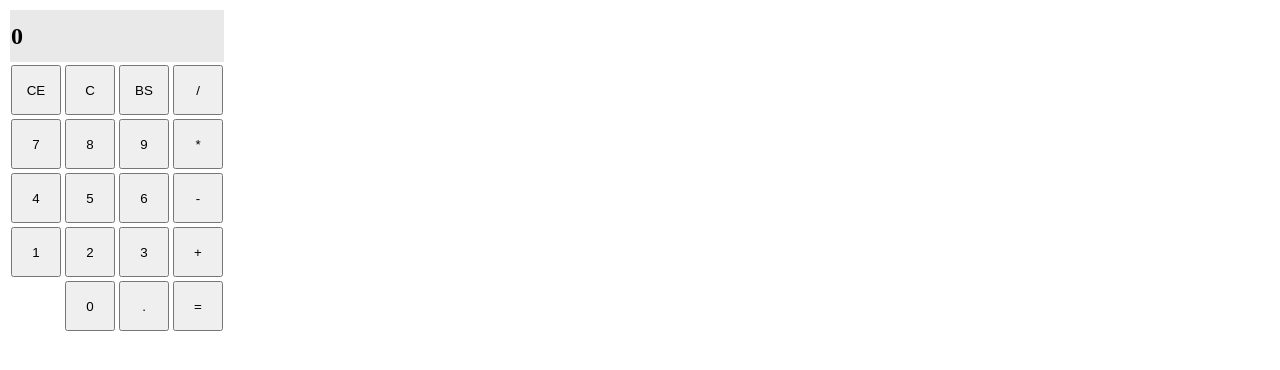
Repository: jocod98/servlet-jsp
Page: JSPPrj/src/main/webapps/calc3.html
The author's editor kept a copy of each file at every save. The page is drawn from the files as they stood at one save, then again after the next save.
The browser window is 1280 px wide. The pictures show the whole page.

Above is the page before, as saved 2023-01-10 08:45:23.

After the next save:
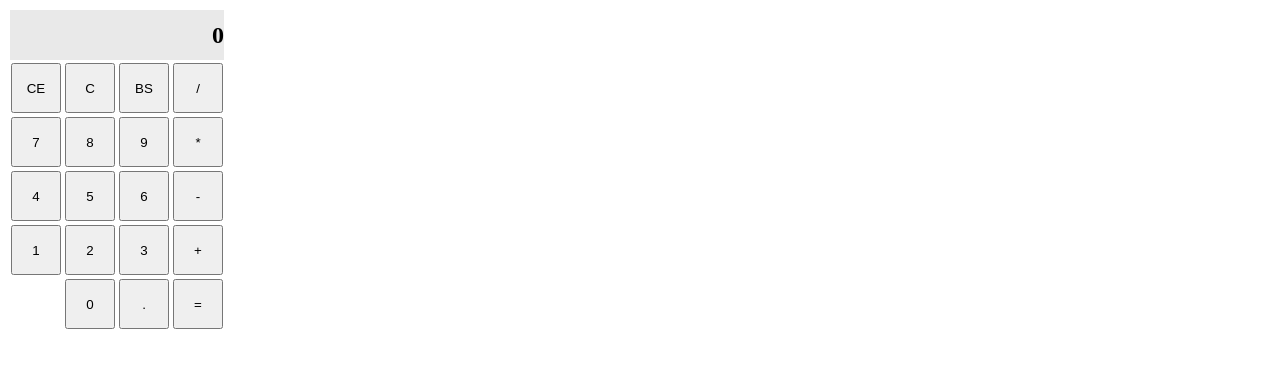
Saved 25 s later.
--- a/JSPPrj/src/main/webapps/calc3.html
+++ b/JSPPrj/src/main/webapps/calc3.html
@@ -12,6 +12,8 @@
 	background: #e9e9e9;
 	font-size:24px;
 	font-weight:bold;
+	text-align:right;
+	padding:0px; 5px;
 }
 </style>
 </head>
